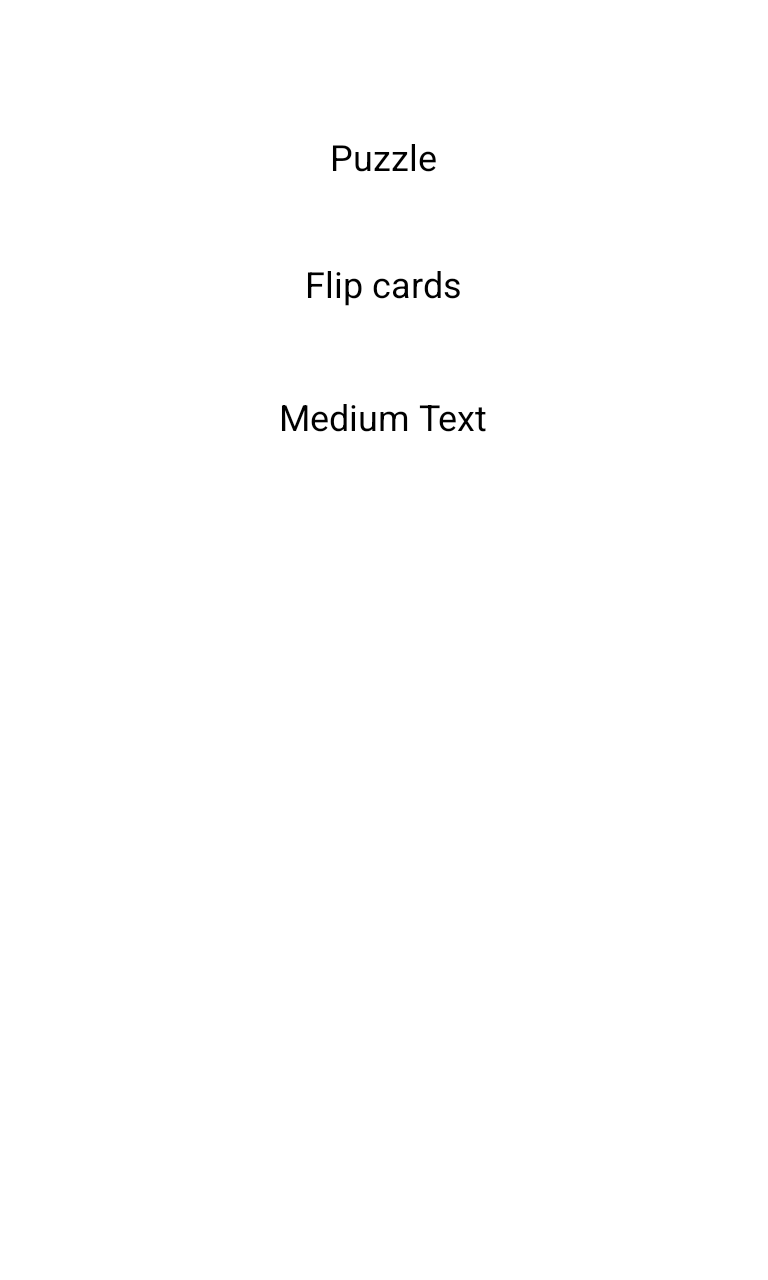
Repository: DimaPetrov/android
Layout: newapp/res/layout/activity_main.xml
These files come from the project's save history. The layout is drawn as it stood at one moment and after the next save; the edit follows.
It is drawn on a 768 x 1280 px phone screen (xhdpi) without system bars, with theme AppTheme; the app's code is not run.

Above is the layout before, as saved 2012-10-18 13:32:55.

After the next save:
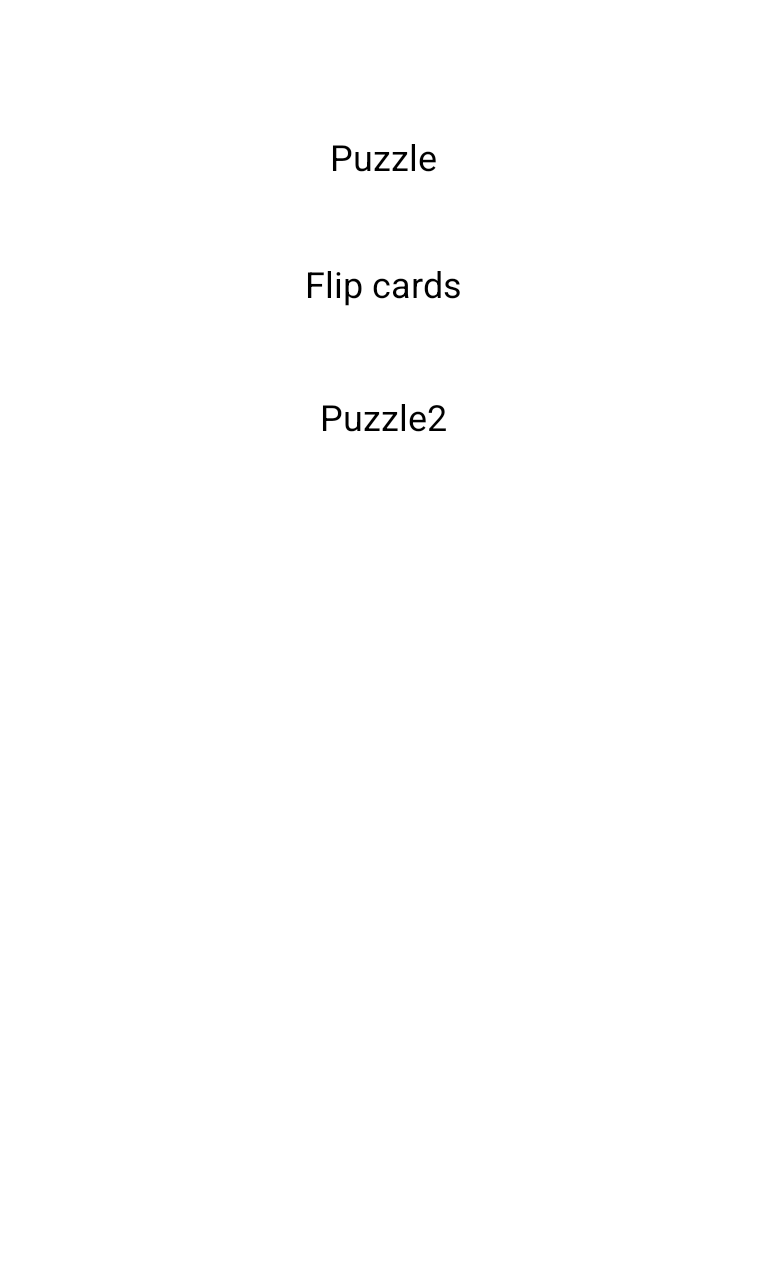
Saved 15 s later.
--- a/newapp/res/layout/activity_main.xml
+++ b/newapp/res/layout/activity_main.xml
@@ -31,7 +31,7 @@
         android:layout_below="@+id/game2"
         android:layout_centerHorizontal="true"
         android:layout_marginTop="42dp"
-        android:text="Medium Text"
+        android:text="@string/puzzleback"
         android:textAppearance="?android:attr/textAppearanceMedium" />
 
 </RelativeLayout>
